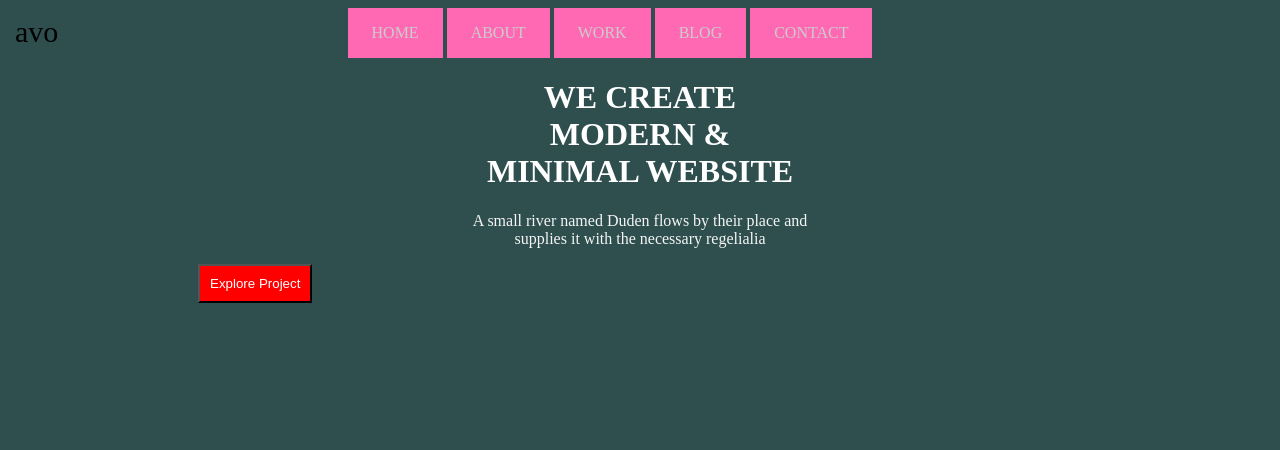
Repository: Tobby004/AVO-Template
Page: avo.html
These files come from the project's save history. The page is drawn as it stood at one moment and after the next save; the edit follows.
The browser window is 1280 px wide. The pictures show the whole page.

Above is the page before, as saved 2023-03-29 08:18:08.

### avo.html
<!DOCTYPE html>
<html lang="en">
<head>
    <meta charset="UTF-8">
    <meta http-equiv="X-UA-Compatible" content="IE=edge">
    <meta name="viewport" content="width=device-width, initial-scale=1.0">
    <title>AVO-Template</title>
    <link rel="stylesheet" href="avo.css">
</head>
<body>
    <div class="logo">avo</div>
    <nav>
        <ul>
            <li><a href="#">HOME</a></li>
            <li><a href="#">ABOUT</a></li>
            <li><a href="#">WORK</a></li>
            <li><a href="#">BLOG</a></li>
            <li><a href="#">CONTACT</a></li>
        </ul>
    </nav>
    <main>
        <h1>WE CREATE <br>MODERN & <br> MINIMAL WEBSITE</h1>
        <p>A small river named Duden flows by their place and <br>supplies it with the necessary regelialia </p>
        <input type="button" value="Explore Project">
    </main>
</body>
</html>

### avo.css
* {
    box-sizing: border-box;
}
body {
    background: darkslategrey;
}
.logo {
  font-size: 30px;
  position: absolute;
  padding: 7px;
}
nav ul {
    margin: auto;
    text-align:center;
    margin-right: 100px;
}
nav li {
    display: inline-flex;
}
nav a {
text-decoration: none;
padding: 1rem 1.5rem;
background: hotpink;
color: #ccc;
}
h1 {
    color: white;
    text-align: center;
}
main p {
    color: whitesmoke;
    text-align: center;
}
input[type="button"] {
    padding: 10px;
    color: white;
    background: red;
    margin-left: 190px;
}

After the next save:
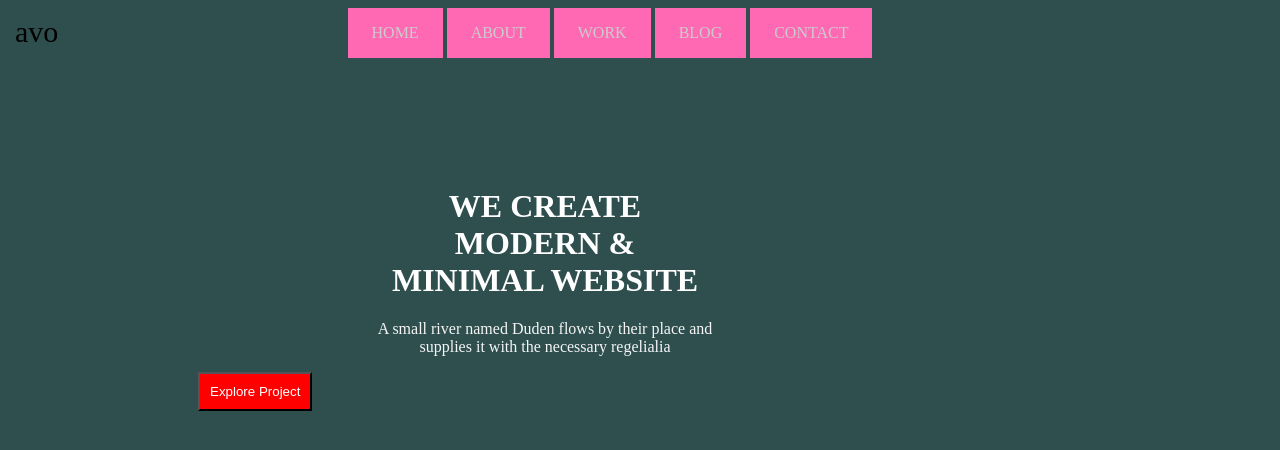
Saved 104 s later.
--- a/avo.css
+++ b/avo.css
@@ -26,10 +26,13 @@ color: #ccc;
 h1 {
     color: white;
     text-align: center;
+    margin-right: 190px;
+    margin-top: 130px;
 }
 main p {
     color: whitesmoke;
     text-align: center;
+    margin-right: 190px;
 }
 input[type="button"] {
     padding: 10px;
